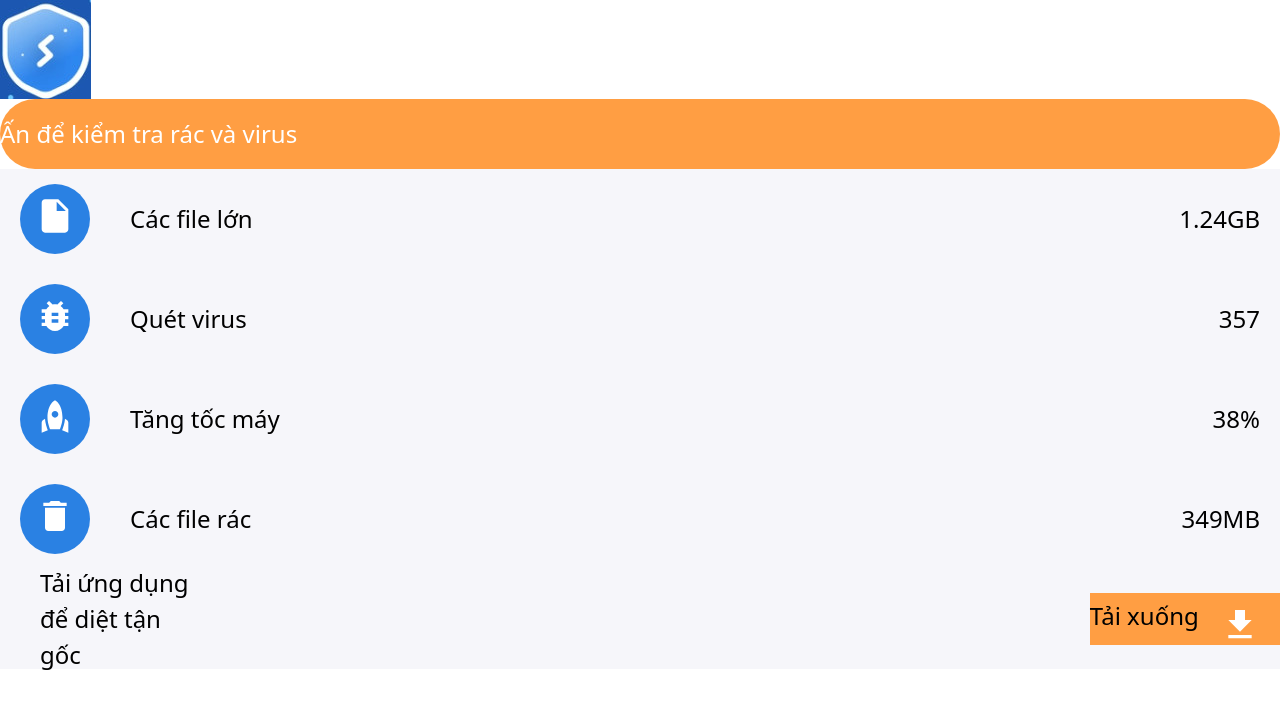
Repository: Kiendz3202/anti-virus-landingpage-mobile
Page: /, after clicking the first element matching `div.flex`
The author's editor kept a copy of each file at every save. The page is drawn from the files as they stood at one save, then again after the next save.
The browser window is 1280 px wide. The pictures show the whole page.
The project was rebuilt for these pictures with package versions that can differ from the ones it lists, and the page was loaded fresh each time. The framework's server and built-in components were replaced by stand-ins that run in the browser. Also part of the build but not shown: next.config.js.

Above is the page before, as saved 2023-01-07 13:58:37.

### pages/index.js
import HomeView from '../views';

export default function Home() {
	return <HomeView />;
}

### styles/globals.css
@tailwind base;
@tailwind components;
@tailwind utilities;

@layer base {
	html {
		/* font-size: calc(15px + 0.390625vw); //15px */
		font-size: 10px;
	}

	* {
		box-sizing: border-box;
	}

	@media (max-width: 640px) {
		html {
			font-size: 7px;
		}
	}

	@media (min-width: 640px) {
		html {
			font-size: 7px;
		}
	}

	@media (min-width: 768px) {
		html {
			font-size: 8px;
		}
	}

	@media (min-width: 1024px) {
		html {
			font-size: 9px;
		}
	}

	@media (min-width: 1280px) {
		html {
			font-size: 10px;
		}
	}
}

### views/index.js
import React, { useEffect, useState } from 'react';
import ScanResult from '../components/ScanResult';
import { delay } from '../utils/delay';

function HomeView() {
	// const [isCheckingInitial, setIsCheckingInitial] = useState(true);
	const [loadingScan, setLoadingScan] = useState(false);
	const [showResult, setShowResult] = useState(false);
	// useEffect(() => {
	// 	const intervalID = setTimeout(() => {
	// 		setIsCheckingInitial((toggle) => !toggle);
	// 	}, 2000);

	// 	return () => clearInterval(intervalID);
	// }, []);

	const scanHandle = async () => {
		// setIsCheckingInitial(false);
		setLoadingScan(true);
		await delay(2000);
		setLoadingScan(false);
		setShowResult(true);
	};
	return (
		<div className="h-screen">
			<div
				className={`pt-[10rem] pb-[6rem] w-full  bg-[#1C58B1] transition-all ease-in-out duration-1000 ${
					showResult ? 'rounded-b-[5rem] h-[400px]' : 'h-screen'
				}`}
			>
				<div>
					<img
						className="w-[150px] h-auto mx-auto  "
						src="/shield.jpg"
					/>
				</div>
				<div
					onClick={scanHandle}
					className="flex items-center justify-center text-white font-semibold mx-auto mt-[7rem] h-[7rem] text-[2.4rem] w-[35rem] rounded-full bg-[#FF9E43] active:opacity-80"
				>
					{loadingScan ? (
						<span>Đạng kiểm tra...</span>
					) : (
						<span> Ấn để kiểm tra rác và virus</span>
					)}
				</div>
			</div>
			{showResult ? <ScanResult /> : ''}
		</div>
	);
}

export default HomeView;

### components/ScanResult.js
import InsertDriveFileIcon from '@mui/icons-material/InsertDriveFile';
import BugReportIcon from '@mui/icons-material/BugReport';
import RocketIcon from '@mui/icons-material/Rocket';
import DeleteIcon from '@mui/icons-material/Delete';
import FileDownloadIcon from '@mui/icons-material/FileDownload';

function ScanResult() {
	return (
		<div className="bg-[#F6F6FA]">
			{/* big file  */}
			<div className="flex justify-between  h-[10rem] items-center text-[2.4rem] font-medium">
				<div>
					<div className="bg-[#2A81E3] text-white rounded-full w-[7rem] h-[7rem] ml-[2rem]">
						<InsertDriveFileIcon
							sx={{
								fontSize: '4rem',
								marginLeft: '1.5rem',
								marginTop: '1.2rem',
							}}
						/>
					</div>
				</div>
				<div className=" mr-auto ml-[4rem]">Các file lớn</div>
				<div className="pr-[2rem]">1.24GB</div>
			</div>
			{/* diet virus  */}
			<div className="flex justify-between  h-[10rem] items-center text-[2.4rem] font-medium">
				<div>
					<div className="bg-[#2A81E3] text-white rounded-full w-[7rem] h-[7rem] ml-[2rem]">
						<BugReportIcon
							sx={{
								fontSize: '4rem',
								marginLeft: '1.5rem',
								marginTop: '1.2rem',
							}}
						/>
					</div>
				</div>
				<div className=" mr-auto ml-[4rem]">Quét virus</div>
				<div className="pr-[2rem]">357</div>
			</div>
			{/* tang toc  */}
			<div className="flex justify-between  h-[10rem] items-center text-[2.4rem] font-medium">
				<div>
					<div className="bg-[#2A81E3] text-white rounded-full w-[7rem] h-[7rem] ml-[2rem]">
						<RocketIcon
							sx={{
								fontSize: '4rem',
								marginLeft: '1.5rem',
								marginTop: '1.2rem',
							}}
						/>
					</div>
				</div>
				<div className=" mr-auto ml-[4rem]">Tăng tốc máy</div>
				<div className="pr-[2rem]">38%</div>
			</div>
			{/* Các file rác   */}
			<div className="flex justify-between  h-[10rem] items-center text-[2.4rem] font-medium">
				<div>
					<div className="bg-[#2A81E3] text-white rounded-full w-[7rem] h-[7rem] ml-[2rem]">
						<DeleteIcon
							sx={{
								fontSize: '4rem',
								marginLeft: '1.5rem',
								marginTop: '1.2rem',
							}}
						/>
					</div>
				</div>
				<div className=" mr-auto ml-[4rem]">Các file rác</div>
				<div className="pr-[2rem]">349MB</div>
			</div>
			{/* Tai ung dung   */}
			<div className="flex justify-between  h-[10rem] items-center text-[2.4rem] font-medium">
				{/* <div>
					<div className="bg-[#2A81E3] text-white rounded-full w-[7rem] h-[7rem] ml-[2rem]">
						<DeleteIcon
							sx={{
								fontSize: '4rem',
								marginLeft: '1.5rem',
								marginTop: '1.2rem',
							}}
						/>
					</div>
				</div> */}
				<div className=" mr-auto ml-[4rem] break-words w-[15rem]">
					Tải ứng dụng để diệt tận gốc
				</div>
				<div className="pr-[2rem] bg-[#FF9E43]">
					Tải xuống{' '}
					<FileDownloadIcon
						sx={{
							color: 'white',
							fontSize: '4rem',
							marginLeft: '1.5rem',
							marginTop: '1.2rem',
						}}
					/>
				</div>
			</div>
		</div>
	);
}

export default ScanResult;

### utils/delay.js
export const delay = (m) => new Promise((r) => setTimeout(r, m));

Loaded but not shown: pages/_app.js (common file); pages/_document.js (common file); tailwind.config.js (common file)

After the next save:
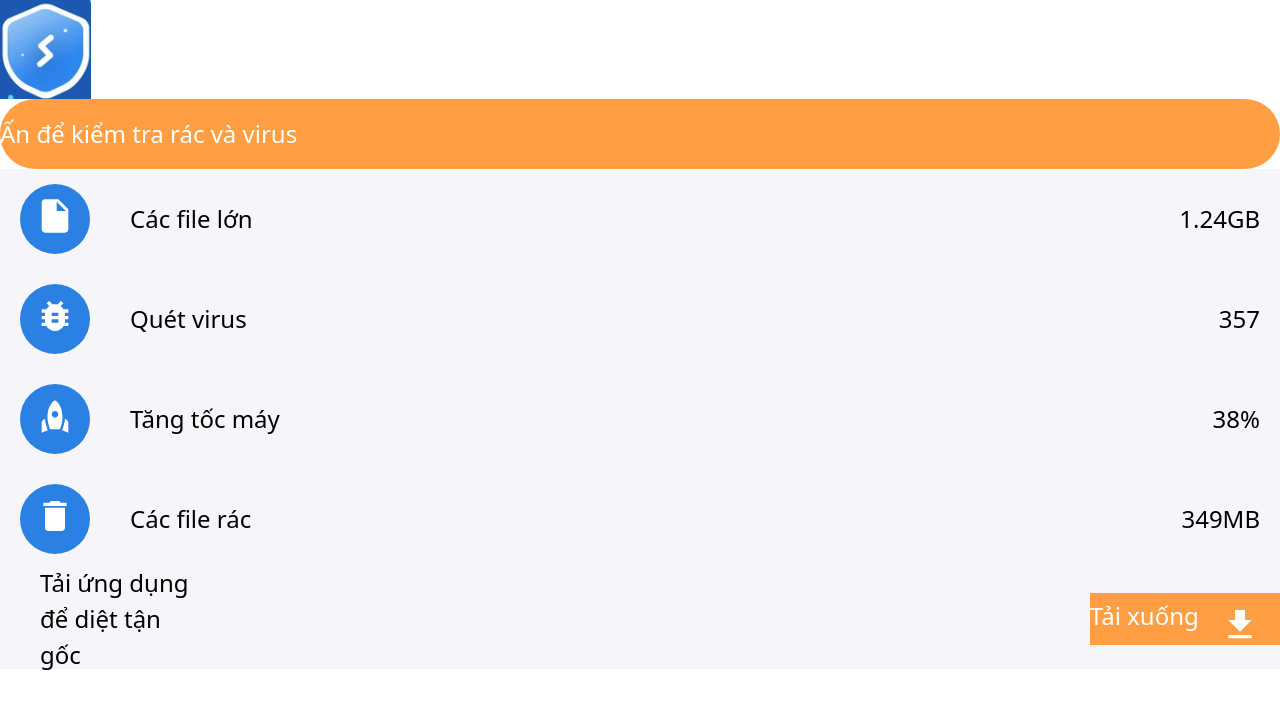
Saved 15 s later.
--- a/components/ScanResult.js
+++ b/components/ScanResult.js
@@ -87,11 +87,11 @@
 				<div className=" mr-auto ml-[4rem] break-words w-[15rem]">
 					Tải ứng dụng để diệt tận gốc
 				</div>
-				<div className="pr-[2rem] bg-[#FF9E43]">
+				<div className="pr-[2rem] bg-[#FF9E43] text-white">
 					Tải xuống{' '}
 					<FileDownloadIcon
 						sx={{
-							color: 'white',
+							// color: 'white',
 							fontSize: '4rem',
 							marginLeft: '1.5rem',
 							marginTop: '1.2rem',
